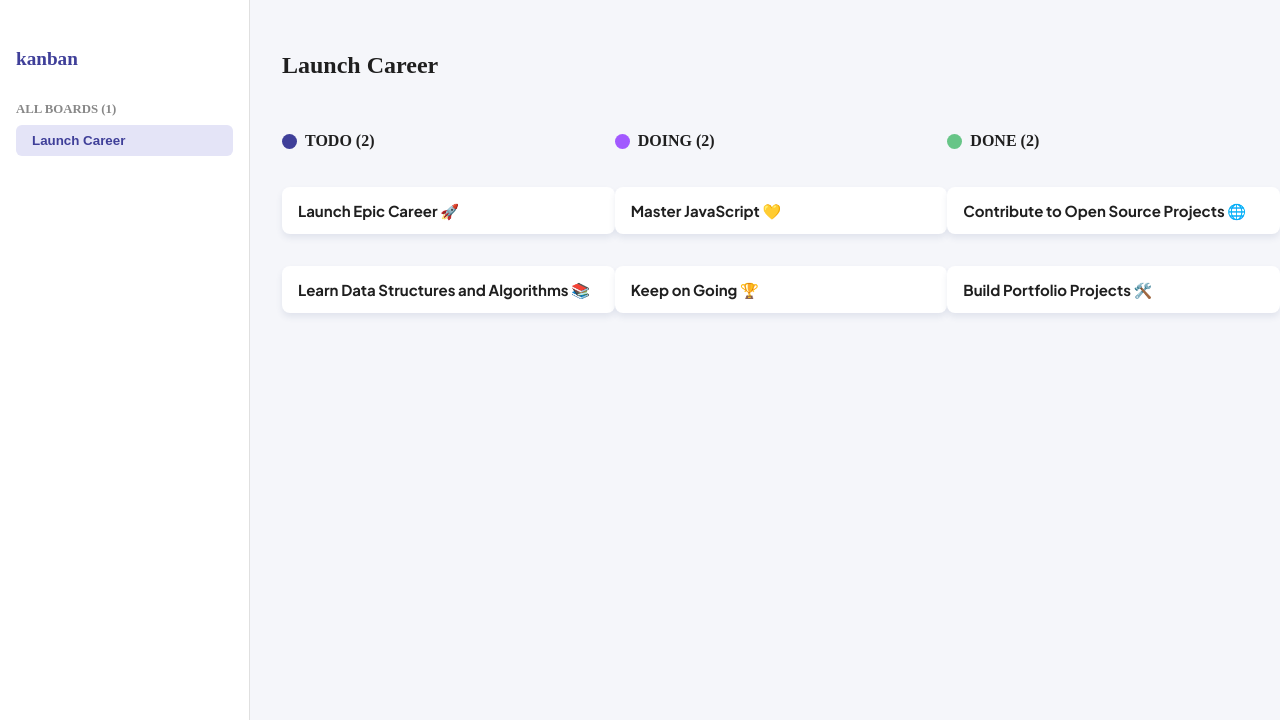
Repository: andajonas/ANDJON25111_fto2502_A2_Anda_Jonas_JSL01
Page: index.html
The author's editor kept a copy of each file at every save. The page is drawn from the files as they stood at one save, then again after a run of saves.
The browser window is 1280 px wide. The pictures show the whole page.

Above is the page before, as saved 2025-04-25 11:57:27.

### index.html
<html lang="en">
  <head>
    <meta charset="UTF-8" />
    <meta name="viewport" content="width=device-width, initial-scale=1.0" />
    <title>Kanban Board</title>
    <link rel="stylesheet" href="style.css" />
  </head>

  <body>
    <div class="kanban-container">
      <!-- Sidebar -->
      <nav class="sidebar">
        <h1> kanban</h1>
        <div class="board-list">
          <h4>ALL BOARDS (1)</h4>
          <button class="board-btn">Launch Career</button>
        </div>
      </nav>

      <!-- Main Board Section -->
      <div class="main-board">
        <header>
          <h2 class="board-title">Launch Career</h2>
        </header>

        <main class="columns">
          <!-- TO DO Column -->
          <div class="column">
            <div class="column-header">
              <span class="dot todo"></span>
              <h4>TODO (2)</h4>
            </div>
            <div class="card-container">
              <div class="card">Launch Epic Career 🚀</div>
              <div class="card">Learn Data Structures and Algorithms 📚</div>
            </div>
          </div>

          <!-- DOING Column -->
          <div class="column">
            <div class="column-header">
              <span class="dot doing"></span>
              <h4>DOING (2)</h4>
            </div>
            <div class="card-container">
              <div class="card">Master JavaScript 💛</div>
              <div class="card">Keep on Going 🏆</div>
            </div>
          </div>

          <!-- DONE Column -->
          <div class="column">
            <div class="column-header">
              <span class="dot done"></span>
              <h4>DONE (2)</h4>
            </div>
            <div class="card-container">
              <div class="card">Contribute to Open Source Projects 🌐</div>
              <div class="card">Build Portfolio Projects 🛠️</div>
            </div>
          </div>
        </main>
      </div>
    </div>
  </body>
</html>

### style.css
@import url('https://fonts.googleapis.com/css2?family=Plus+Jakarta+Sans:wght@400;700&display=swap');
/* Base Styles */
body {
    margin: 0;
    font-family: "inter" sans-serif;
    background-color: #f5f6fa;
    color: #1f1f1f;
  }

  .kanban-container {
    display: grid;
    grid-template-columns: 250px 1fr;
    height: 100vh;
  }

  /* Sidebar */
  .sidebar {
    background-color: white;
    padding: 2rem 1rem;
    border-right: 1px solid #e0e0e0;
  }

  .sidebar h1 {
    font-size: 1.2rem;
    font-weight: 700;
    color: #3f3f99;
  }

  .board-list h4 {
    font-size: 0.8rem;
    font-weight: 600;
    color: #888;
    margin: 2rem 0 0.5rem;
  }

  .board-btn {
    background-color: #e4e4f7;
    color: #3f3f99;
    border: none;
    padding: 0.5rem 1rem;
    font-weight: 600;
    border-radius: 6px;
    cursor: pointer;
    text-align: left;
    width: 100%;
  }

  /* Main Content */
  .main-board {
    padding: 2rem;
    overflow-x: auto;
  }

  .board-title {
    font-size: 1.5rem;
    font-weight: 600;
    margin-bottom: 2rem;
  }

  /* Columns Layout */
  .columns {
    display: grid;
    grid-template-columns: repeat(3, 1fr);
    gap: 2rem;
  }

  /* Column */
  .column {
    display: flex;
    flex-direction: column;
  }

  /* Column Header */
  .column-header {
    display: flex;
    align-items: center;
    gap: 0.5rem;
    font-weight: 600;
    margin-bottom: 1rem;
  }

  .dot {
    width: 15px;
    height: 15px;
    border-radius: 50%;
  }

  .dot.todo {
    background-color: #3f3f99;
  }

  .dot.doing {
    background-color: #a259ff;
  }

  .dot.done {
    background-color: #67c587;
  }

  /* Cards */
  .card-container {
    display: flex;
    flex-direction: column;
    gap: 1rem;
  }

  .card {
      font-family: 'Plus Jakarta Sans', sans-serif;
      font-weight: 700;
      font-size: 15px;
      line-height: 1;
      padding: 1rem;
      background-color: white;
      border-radius: 8px;
      box-shadow: 0px 4px 6px rgba(54, 78, 126, 0.1);
      margin-bottom: 1rem;
      width: 100%;
      max-width: 301px;
    }

After the next 2 saves:
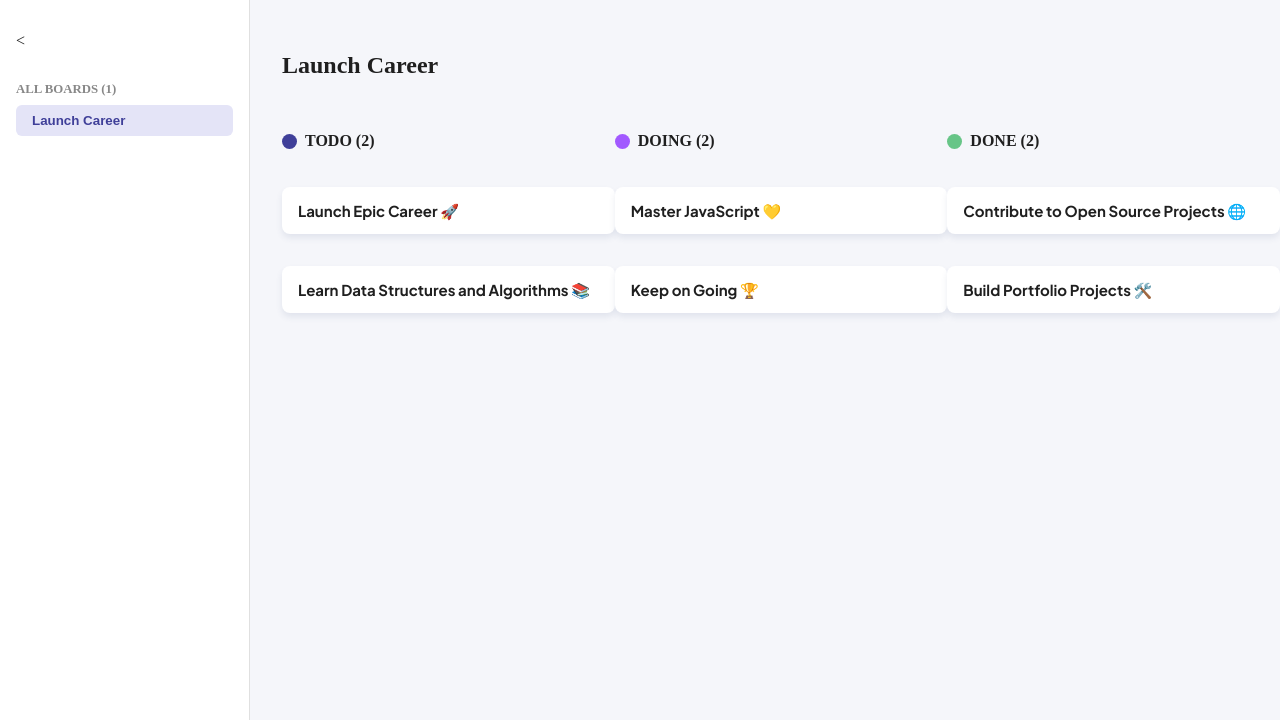
The 2 saves are shown as one change because they came seconds apart.
The last was saved 47 min 31 s later.
--- a/index.html
+++ b/index.html
@@ -10,7 +10,7 @@
     <div class="kanban-container">
       <!-- Sidebar -->
       <nav class="sidebar">
-        <h1> kanban</h1>
+        <</h>
         <div class="board-list">
           <h4>ALL BOARDS (1)</h4>
           <button class="board-btn">Launch Career</button>
